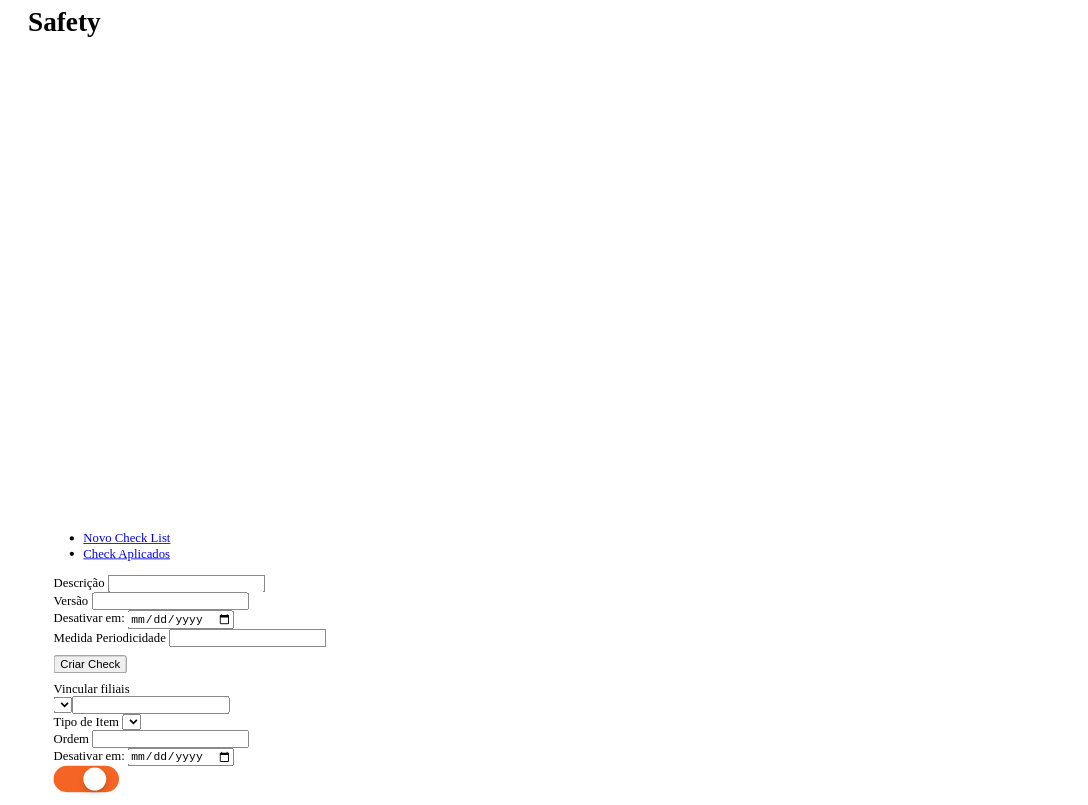
Repository: Conlog-SA/portal_operacional
Page: apps/safety_layout_checklist_app/templates/safety_layout_checklist_app/form_cad_layout_checklist.html
These files come from the project's save history. The page is drawn as it stood at one moment and after the next save; the edit follows.
The browser window is 1280 px wide. The pictures show the whole page, at 85% of full size.
The template is drawn by Django 3.2. The application's start-up code is not run. Other server files are loaded and not shown. The template is opened directly, without the code that normally fills it, so the values that code supplies are empty.

Above is the page before, as saved 2023-11-16 10:53:28.

### apps/safety_layout_checklist_app/templates/safety_layout_checklist_app/form_cad_layout_checklist.html
{% load static %}

{% block link_static_css %}
    <link rel="stylesheet" href="{% static 'css/cores.css' %}" />
    <link rel="stylesheet" href="{% static 'css/toggle_switch.css' %}" />
    <link rel="stylesheet" href="{% static 'css/loader.css' %}" />
    <link rel="stylesheet" href="{% static 'css/seguranca_safety_app/seguranca_safety.css' %}" />
    <script src="https://code.jquery.com/jquery-3.6.0.min.js"></script>
{% endblock %}

<div class="d-flex flex-column h-100 align-items-center justify-content-start text-white w-100" style="margin-right: 0px; width:100%;">
   <div class="mt-3 d-flex align-items-end justify-content-between div_Titulo" style="padding-bottom:15px; margin-left:25px;">
       <div class="d-flex align-items-center justify-content-center">
            <i class="fa-solid fa-truck-fast" style="font-size:50px; margin-left:0px; margin-right:15px; color:#cf6a15;"></i>
           <h1 class="titlePadraoMenu" style="margin-left:0px;">Safety</h1>
       </div>
       <img class="logo_cabecalho" src="{% static 'icons/logo-branca.png' %}" >
   </div>
   <div class="container-app col-md-12">
      <div class="form-group cl_div_tabela_principal_pagina" style="padding-top:0px;padding-left:0px;margin-left: 50px;margin-right: 25px; background-color:white" >
        <div class="header-table">
            <ul class="nav nav-tabs" id="myTab" role="tablist">
               <li class="nav-item">
                  <a class="nav-link active tabs-nav" id="a_tab_new_check" data-toggle="tab"
                     href="#div_tab_new_check" role="tab"
                     aria-controls="div_tab_new_check"
                     aria-selected="true" style="border-radius:0px 0px 0 0; font-size:15px">
                     Novo Check List
                     <i class="fa-solid fa-filter" style="color: #f46424;"></i>
                  </a>
              </li>
              <li class="nav-item">
                  <a class="nav-link tabs-nav" id="a_tab_check_criados" data-toggle="tab"
                     href="#div_check_criados" role="tab"
                     aria-controls="div_check_criados"
                     aria-selected="false" style="border-radius:0px 0px 0 0; font-size:15px" >
                     Check Aplicados
                    <i class="fa-solid fa-pen-to-square" style="color: #f46424"></i>
                  </a>
              </li>
            </ul>
         </div>
         <div class="tab-content" style="border-radius:0 0 10px 10px; font-size:15px">
            <div class="tab-pane active" id="div_tab_new_check" role="tabpanel" aria-labelledby="a_tab_new_check" style="padding-left:5px;">
               <form id="form_new_check_list" name="form_nem_check_list">
                  <div class="row">
                     <div class="form-group col-sm-12">
                       <label for="descricao_new_check"> Descrição </label>
                       <input type="text" class="form-control" id="descricao_new_check">
                     </div>
                     <div class="form-group col-sm-4">
                       <label for="versao_new_check">Versão</label>
                       <input type="text" class="form-control" id="versao_new_check">
                     </div>
                     <div class="form-group col-sm-4">
                       <label for="desativar_new_check_date">Desativar em:</label>
                       <input type="date" class="form-control" id="desativar_new_check_date">
                     </div>
                     <div class="form-group col-sm-4">
                       <label for="periodicidade_new_check">Medida Periodicidade</label>
                       <input type="text" class="form-control" id="periodicidade_new_check">
                     </div>
                     <div class="form-group col-sm-12 d-flex justify-content-end" style="margin-top:10px">
                        <button type="button" class="btn btn-primary btn-form" id="btn_new_check" name="btn_new_check"> Criar Check</button>
                     </div>
                     <div class="form-group col-sm-12 d-flex justify-content-end" style="margin-top:10px">
                        <label for="vincular filiais">Vincular filiais</label>
                     </div>
                     <div class="form-group col-sm-12">
                        <select class="selectpicker form-control" id="liberado_filiais" name="liberado_filiais" placeholder="Liberado Filiais" required>
                     </div>
                     <div class="form-group col-sm-12 d-flex justify-content-end" style="margin-top:10px">
                        <label for="itens_check">Itens Check</label>
                     </div>
                  </div>
               </form>
            </div>
            <div class="tab-pane" id="div_check_criados" role="tabpanel" aria-labelledby="a_tab_check_criados">
               <form id="form_check_aplicados" name="form_check_aplicados" method="POST" style="margin-left:10px; margin-right:10px;">
                  <div class="row">
                     <div class="form-group col-sm-12">
                       <label for="descricao_item_check"> Descrição do Item</label>
                       <input type="text" class="form-control" id="descricao_item_check">
                     </div>
                     <div class="form-group col-sm-4">
                       <label for="select_tipo_item">Tipo de Item</label>
                       <select class="selectpicker form-control" id="select_tipo_item" name="select_tipo_item" placeholder="Tipo de Item" required>
                     </div>
                     <div class="form-group col-sm-4">
                        <label for="select_tipo_resposta">Tipo De Resposta</label>
                        <select class="selectpicker form-control" id="select_tipo_resposta" name="select_tipo_resposta" placeholder="Tipo de Resposta" required>
                      </div>
                      <div class="form-group col-sm-12">
                        <label for="input_ordem_check">Ordem</label>
                        <input type="text" class="form-control" id="input_ordem_check">
                      </div>
                      <div class="form-group col-sm-4">
                        <label for="desativar_item_date">Desativar em:</label>
                        <input type="date" class="form-control" id="desativar_item_date">
                      </div>
                      <div class="container">
                        <input type="checkbox" checked="checked" class="checkbox" name="obs_imagem_check_box" id="obs_imagem_check_box">
                        <label class="switch" for="obs_imagem_check_box">
                           <span class="slider"></span>
                        </label>
                      </div>
                  </div>
               </form>
            </div>
         </div>
      </div>
   </div>
</div>


<script src="{% static 'controllers/safety_layout_checklist_app/frm_cad_check_controller.js' %}"></script>
<script src="{% static 'libs/bootstrap_4/js/bootstrap.min.js' %}"></script>

### static/css/cores.css
:root{
    --cor_bg_login: rgba(24, 27, 30, 0.90);
    --cor_cinza_escuro: #515457;
    --cor_cinza_claro: #9fa3a7;
    --cor_cinza_claro2: #d0d0d0;
    --cor_branco: #e6e4e4;
    --cor_bg_solido: #181b1e;
    --cor_bg_solido_claro:#343537;
    --cor_bg_cinza_escuro: rgba(33,37,41,0.9) !important;
    --cor_bg_cinza_escuro_cabecalho: rgba(33,37,41,0.7) !important;
    --cor_bg_modais_body: #DCDCDC;

    --cor_empresa: #f46424;
    --cor_empresa_hover: #df5b23;
    --cor_empresa_active: #b24110;

    --bs-accordion-btn-focus-box-shadow_custom: 0 0 0 0.25rem rgba(244, 100, 36, 0.25);

    --bs-accordion-btn-active-icon_custom:url('');

    --cor_card_chamado_hover: #ccccce;
    --cor_card_chamado_active: #999999;
    --cor_chamado_emergencial: #b30f04;
    --cor_branco: #fff;
    /* --cor_branco_escuro: #969393; */
    --cor_card_a_atender: #e3f8f5;
    --cor_card_atendendo: #e1ffe4;;
    --cor_card_em_espera: #fdf9c6;
}

### static/css/toggle_switch.css
/* Remove this container when use*/
.component-title {
    width: 100%;
    position: absolute;
    z-index: 999;
    top: 30px;
    left: 0;
    padding: 0;
    margin: 0;
    font-size: 1rem;
    font-weight: 700;
    color: #888;
    text-align: center;
  }

  /* The switch - the box around the slider */
  .container {
    width: 77px;
    height: 31px;
    position: relative;
  }

  /* Hide default HTML checkbox */
  .checkbox {
    opacity: 0;
    width: 0;
    height: 0;
    position: absolute;
  }

  .switch {
    width: 100%;
    height: 100%;
    display: block;
    background-color: #e9e9eb;
    border-radius: 16px;
    cursor: pointer;
    transition: all 0.2s ease-out;
  }

  /* The slider */
  .slider {
    width: 27px;
    height: 27px;
    position: absolute;
    left: calc(50% - 27px/2 - 10px);
    top: calc(50% - 27px/2);
    border-radius: 50%;
    background: #FFFFFF;
    box-shadow: 0px 3px 8px rgba(0, 0, 0, 0.15), 0px 3px 1px rgba(0, 0, 0, 0.06);
    transition: all 0.2s ease-out;
    cursor: pointer;
  }

  .checkbox:checked + .switch {
    background-color: #f46424;
  }

  .checkbox:checked + .switch .slider {
    left: calc(50% - 27px/2 + 10px);
    top: calc(50% - 27px/2);
  }

  .cursor-pointer{
    cursor: pointer;
  }

### static/css/loader.css
.loader {
  /* display: flex; */
  margin-left: 1.5rem;
  align-items: center;
  /* width: 50px;
  height: 50px; */
  position: relative;
  display: none;
}

.loader:before {
  align-items: center;
  display: flex;
  content: "";
    position: absolute;
    top: -10px;
    left: -10px;
    right: -10px;
    bottom: -10px;
    border-radius: 50%;
    /* width: 50px;
    height: 50px; */
  }

  .loader-inner {
    display: flex;
    justify-content: center;
    align-items: center;
    position: relative;
  }

  .loader-block {
    display: inline-block;
    width: 10px;
    height: 10px;
    margin: 2px;
    background-color: #f46424;
    box-shadow: 0 0 20px #f46424;
    animation: loader_562 1.2s cubic-bezier(0.5, 0, 0.5, 1) infinite;
  }

  .loader-block:nth-child(1) {
    animation-delay: 0.1s;
  }

  .loader-block:nth-child(2) {
    animation-delay: 0.2s;
  }

  .loader-block:nth-child(3) {
    animation-delay: 0.3s;
  }

  .loader-block:nth-child(4) {
    animation-delay: 0.4s;
  }

  .loader-block:nth-child(5) {
    animation-delay: 0.5s;
  }

  .loader-block:nth-child(6) {
    animation-delay: 0.6s;
  }

  .loader-block:nth-child(7) {
    animation-delay: 0.7s;
  }

  .loader-block:nth-child(8) {
    animation-delay: 0.8s;
  }

  @keyframes loader_562 {
    0% {
      transform: scale(1);
      box-shadow: 0 0 20px rgba(255, 255, 255, 0.5);
    }

    20% {
      transform: scale(1, 2.5);
      box-shadow: 0 0 50px rgba(255, 255, 255, 0.7);
    }

    40% {
      transform: scale(1);
      box-shadow: 0 0 20px rgba(255, 255, 255, 0.5);
    }
  }

Loaded but not shown: static/libs/bootstrap_4/js/bootstrap.min.js (library); static/libs/bootstrap_4/css/bootstrap.min.css (library); static/css/seguranca_safety_app/seguranca_safety.css (no copy from this time; the picture is the same without it); static/controllers/safety_layout_checklist_app/frm_cad_check_controller.js (no stored copy; drawn as an empty file)

After the next save:
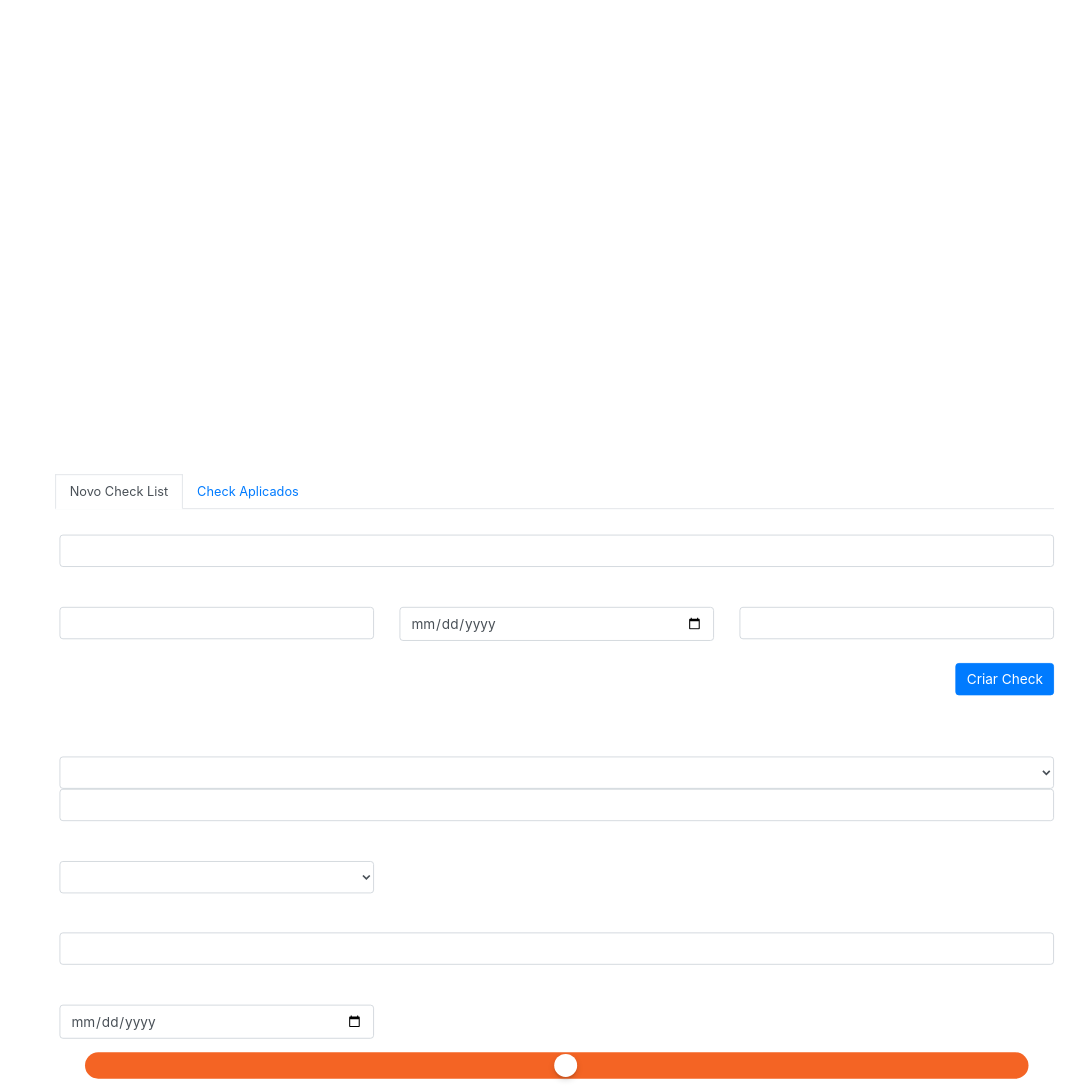
Console error: TypeError: Cannot read properties of undefined (reading 'fn')
Saved 7 min 53 s later.
--- a/apps/safety_layout_checklist_app/templates/safety_layout_checklist_app/form_cad_layout_checklist.html
+++ b/apps/safety_layout_checklist_app/templates/safety_layout_checklist_app/form_cad_layout_checklist.html
@@ -5,7 +5,8 @@
     <link rel="stylesheet" href="{% static 'css/toggle_switch.css' %}" />
     <link rel="stylesheet" href="{% static 'css/loader.css' %}" />
     <link rel="stylesheet" href="{% static 'css/seguranca_safety_app/seguranca_safety.css' %}" />
-    <script src="https://code.jquery.com/jquery-3.6.0.min.js"></script>
+    <link rel="stylesheet" href="{% static 'libs/bootstrap_4/css/bootstrap.min.css' %}" />
+
 {% endblock %}
 
 <div class="d-flex flex-column h-100 align-items-center justify-content-start text-white w-100" style="margin-right: 0px; width:100%;">
@@ -115,3 +116,4 @@
 
 <script src="{% static 'controllers/safety_layout_checklist_app/frm_cad_check_controller.js' %}"></script>
 <script src="{% static 'libs/bootstrap_4/js/bootstrap.min.js' %}"></script>
+<script src="https://code.jquery.com/jquery-3.6.0.min.js"></script>
